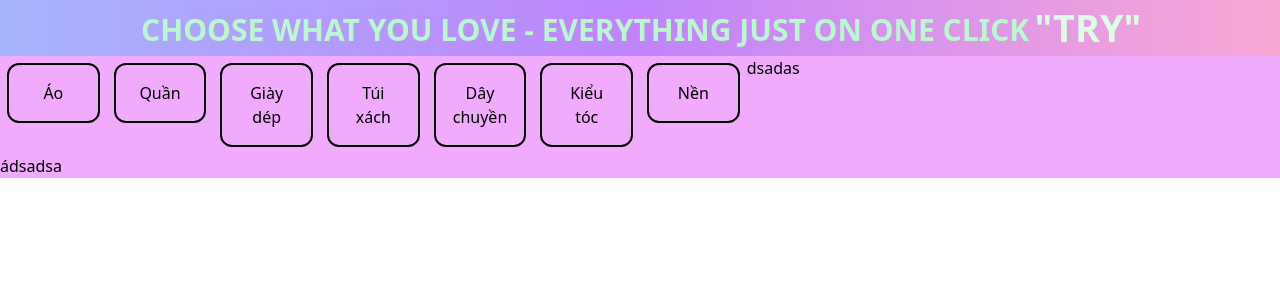
Repository: NguyenVietPhuQuy/ReactJs-TailWind-Redux-FunctionHook-ModelDesign
Page: / (app in modeldesign/)
These files come from the project's save history. The page is drawn as it stood at one moment and after the next save; the edit follows.
The browser window is 1280 px wide. The pictures show the whole page.
The project was rebuilt for these pictures with package versions that can differ from the ones it lists, and the page was loaded fresh each time. Also part of the build but not shown: modeldesign/src/App.css.

Above is the page before, as saved 2022-11-17 13:34:21.

### modeldesign/public/index.html
<!DOCTYPE html>
<html lang="en">
  <head>
    <meta charset="utf-8" />
    <link rel="icon" href="%PUBLIC_URL%/favicon.ico" />
    <meta name="viewport" content="width=device-width, initial-scale=1" />
    <meta name="theme-color" content="#000000" />
    <meta
      name="description"
      content="Web site created using create-react-app"
    />
    <!--bootstrap-->
    <link rel="stylesheet" href="https://cdnjs.cloudflare.com/ajax/libs/bootstrap/5.2.2/js/bootstrap.min.js">
    <link rel="apple-touch-icon" href="%PUBLIC_URL%/logo192.png" />
    <!--
      manifest.json provides metadata used when your web app is installed on a
      user's mobile device or desktop. See https://developers.google.com/web/fundamentals/web-app-manifest/
    -->
    <link rel="manifest" href="%PUBLIC_URL%/manifest.json" />
    <!--
      Notice the use of %PUBLIC_URL% in the tags above.
      It will be replaced with the URL of the `public` folder during the build.
      Only files inside the `public` folder can be referenced from the HTML.

      Unlike "/favicon.ico" or "favicon.ico", "%PUBLIC_URL%/favicon.ico" will
      work correctly both with client-side routing and a non-root public URL.
      Learn how to configure a non-root public URL by running `npm run build`.
    -->
    <title>React App</title>
  </head>
  <body>
    <noscript>You need to enable JavaScript to run this app.</noscript>
    <div id="root"></div>
    <!--
      This HTML file is a template.
      If you open it directly in the browser, you will see an empty page.

      You can add webfonts, meta tags, or analytics to this file.
      The build step will place the bundled scripts into the <body> tag.

      To begin the development, run `npm start` or `yarn start`.
      To create a production bundle, use `npm run build` or `yarn build`.
    -->
  </body>
</html>

### modeldesign/src/index.js
import React from 'react';
import ReactDOM from 'react-dom/client';
import './index.css';
import App from './App';
import reportWebVitals from './reportWebVitals';
import {Provider} from 'react-redux'
import store from './Components/Reducer/Store';
const root = ReactDOM.createRoot(document.getElementById('root'));
root.render(
  <React.StrictMode>
    <Provider store ={store}>
    <App/>
    </Provider>
  </React.StrictMode>
);

// If you want to start measuring performance in your app, pass a function
// to log results (for example: reportWebVitals(console.log))
// or send to an analytics endpoint. Learn more: https://bit.ly/CRA-vitals
reportWebVitals();

### modeldesign/src/App.js
import React from 'react';
import './App.css';
import Home from './Components/Home.js'
function App() {
  return (
    <div>
      <Home/>
    </div>
  );
}

export default App;

### modeldesign/src/Components/Reducer/Store.js
import {createStore} from "redux"
import rootReducer from "./RootReducer"

const store = createStore(rootReducer,window.__REDUX_DEVTOOLS_EXTENSION__ && window.__REDUX_DEVTOOLS_EXTENSION__())
export default store

### modeldesign/src/Components/Home.js
import React from "react";
import Header from './Header.js'
import Category from "./Category.js";
import ProductList from "./ProductList.js";
import Model from "./Model.js";
function Home() {
    return (
        <div className="container mx-auto relative bg-fuchsia-300">
            <section className=
            " bg-gradient-to-r from-indigo-300 via-purple-400 to-pink-300 w-full ring-2 ring-transparent">
                    <Header/>
            </section>
            <section className="main flex flex-row">
                <div className="basis-7/12">
                    <Category/>
                    <ProductList/>
                </div>
                <div className="basis-5/12">
                    <Model />
                </div>
            </section>
        </div>
    )
}
export default Home

### modeldesign/src/Components/Reducer/RootReducer.js
import { combineReducers } from "redux";
import ProductReducer from './ProductReducer'
import CategoryReducer from './CategoryReducer'

const RootReducer = combineReducers({
    products: ProductReducer,
    categories: CategoryReducer,

})

export default RootReducer

### modeldesign/src/Components/Header.js
import React from "react";
import 'animate.css'
function Header(){
    return (
        <div className="text-center text-3xl p-2 font-semibold text-green-200 ">
            CHOOSE WHAT YOU LOVE - EVERYTHING JUST ON ONE CLICK <span className="text-green-100 font-bold text-4xl animate__animated animate__pulse animate__infinite inline-block">"TRY" </span>
        </div>
    )
}
export default Header

### modeldesign/src/Components/Category.js
import React from "react";
import { useSelector } from 'react-redux'


function Category(props) {
    const returnValue = useSelector(state => state.categories.category)
    return (
        <div className=" flex flex-row w-full">
            {returnValue.map((item) => {
                return (
                    <div className="w-1/2" style={{margin:2, padding:5}}>
                        <button className="p-4 w-full rounded-xl hover:bg-sky-50"  style={{ border: "2px solid black"}} >{item.showName}</button>
                    </div>
                )
            })}
        </div>
    )
}

export default Category

### modeldesign/src/Components/ProductList.js
import React from "react";
function ProductList(){
    return(<div>
ádsadsa
    </div>)
}
export default ProductList

### modeldesign/src/Components/Model.js
import React from "react";
function Model(){
    return(<div>
        dsadas
    </div>)
}
export default Model

### modeldesign/src/Components/Reducer/ProductReducer.js

const initialState = {
    product: [{
        id: 'topcloth_1',
        type: "topclothes",
        name: "Top Cloth 1",
        desc: "Lorem ipsum dolor, sit amet consectetur adipisicing elit. Aliquid, nulla.",
        imgSrc_jpg: 'images/clothes/topcloth1_show.jpg',
        imgSrc_png: 'images/clothes/topcloth1.png',
    },
    {
        id: 'topcloth_2',
        type: "topclothes",
        name: "Top Cloth 2",
        desc: "Lorem ipsum dolor, sit amet consectetur adipisicing elit. Aliquid, nulla.",
        imgSrc_jpg: 'images/clothes/topcloth2_show.jpg',
        imgSrc_png: 'images/clothes/topcloth2.png',
    },
    {
        id: 'topcloth_3',
        type: "topclothes",
        name: "Top Cloth 3",
        desc: "Lorem ipsum dolor, sit amet consectetur adipisicing elit. Aliquid, nulla.",
        imgSrc_jpg: 'images/clothes/topcloth3_show.jpg',
        imgSrc_png: 'images/clothes/topcloth3.png',
    },
    {
        id: 'topcloth_4',
        type: "topclothes",
        name: "Top Cloth 4",
        desc: "Lorem ipsum dolor, sit amet consectetur adipisicing elit. Aliquid, nulla.",
        imgSrc_jpg: 'images/clothes/topcloth4_show.jpg',
        imgSrc_png: 'images/clothes/topcloth4.png',
    },
    {
        id: 'topcloth_5',
        type: "topclothes",
        name: "Top Cloth 5",
        desc: "Lorem ipsum dolor, sit amet consectetur adipisicing elit. Aliquid, nulla.",
        imgSrc_jpg: 'images/clothes/topcloth5_show.jpg',
        imgSrc_png: 'images/clothes/topcloth5.png',
    },
    {
        id: 'topcloth_6',
        type: "topclothes",
        name: "Top Cloth ",
        desc: "Lorem ipsum dolor, sit amet consectetur adipisicing elit. Aliquid, nulla.",
        imgSrc_jpg: 'images/clothes/topcloth6_show.jpg',
        imgSrc_png: 'images/clothes/topcloth6.png',
    },

    // Both clothes
    {
        id: 'botcloth_1',
        type: "botclothes",
        name: "Bot Cloth 1",
        desc: "Lorem ipsum dolor, sit amet consectetur adipisicing elit. Aliquid, nulla.",
        imgSrc_jpg: 'images/clothes/botcloth1_show.jpg',
        imgSrc_png: 'images/clothes/botcloth1.png',
    },
    {
        id: 'botcloth_2',
        type: "botclothes",
        name: "Bot Cloth 2",
        desc: "Lorem ipsum dolor, sit amet consectetur adipisicing elit. Aliquid, nulla.",
        imgSrc_jpg: 'images/clothes/botcloth2_show.jpg',
        imgSrc_png: 'images/clothes/botcloth2.png',
    },
    {
        id: 'botcloth_3',
        type: "botclothes",
        name: "Bot Cloth 3",
        desc: "Lorem ipsum dolor, sit amet consectetur adipisicing elit. Aliquid, nulla.",
        imgSrc_jpg: 'images/clothes/botcloth3_show.jpg',
        imgSrc_png: 'images/clothes/botcloth3.png',
    },
    {
        id: 'botcloth_4',
        type: "botclothes",
        name: "Bot Cloth 4",
        desc: "Lorem ipsum dolor, sit amet consectetur adipisicing elit. Aliquid, nulla.",
        imgSrc_jpg: 'images/clothes/botcloth4_show.jpg',
        imgSrc_png: 'images/clothes/botcloth4.png',
    },
    {
        id: 'botcloth_5',
        type: "botclothes",
        name: "Bot Cloth 5",
        desc: "Lorem ipsum dolor, sit amet consectetur adipisicing elit. Aliquid, nulla.",
        imgSrc_jpg: 'images/clothes/botcloth5_show.jpg',
        imgSrc_png: 'images/clothes/botcloth5.png',
    },

    // Shoes
    {
        id: 'shoes_1',
        type: "shoes",
        name: "Shoes 1",
        desc: "Lorem ipsum dolor, sit amet consectetur adipisicing elit. Aliquid, nulla.",
        imgSrc_jpg: 'images/shoes/shoes1_show.jpg',
        imgSrc_png: 'images/shoes/shoes1.png',
    },
    {
        id: 'shoes_2',
        type: "shoes",
        name: "Shoes 2",
        desc: "Lorem ipsum dolor, sit amet consectetur adipisicing elit. Aliquid, nulla.",
        imgSrc_jpg: 'images/shoes/shoes2_show.jpg',
        imgSrc_png: 'images/shoes/shoes2.png',
    },
    {
        id: 'shoes_3',
        type: "shoes",
        name: "Shoes 3",
        desc: "Lorem ipsum dolor, sit amet consectetur adipisicing elit. Aliquid, nulla.",
        imgSrc_jpg: 'images/shoes/shoes3_show.jpg',
        imgSrc_png: 'images/shoes/shoes3.png',
    },
    {
        id: 'shoes_4',
        type: "shoes",
        name: "Shoes 4",
        desc: "Lorem ipsum dolor, sit amet consectetur adipisicing elit. Aliquid, nulla.",
        imgSrc_jpg: 'images/shoes/shoes4_show.jpg',
        imgSrc_png: 'images/shoes/shoes4.png',
    },
    {
        id: 'shoes_5',
        type: "shoes",
        name: "Shoes 5",
        desc: "Lorem ipsum dolor, sit amet consectetur adipisicing elit. Aliquid, nulla.",
        imgSrc_jpg: 'images/shoes/shoes5_show.jpg',
        imgSrc_png: 'images/shoes/shoes5.png',
    },

    // Handbags
    {
        id: 'handbag_1',
        type: "handbags",
        name: "Handbag 1",
        desc: "Lorem ipsum dolor, sit amet consectetur adipisicing elit. Aliquid, nulla.",
        imgSrc_jpg: 'images/handbags/handbag1_show.jpg',
        imgSrc_png: 'images/handbags/handbag1.png',
    },
    {
        id: 'handbag_2',
        type: "handbags",
        name: "Handbag 2",
        desc: "Lorem ipsum dolor, sit amet consectetur adipisicing elit. Aliquid, nulla.",
        imgSrc_jpg: 'images/handbags/handbag2_show.jpg',
        imgSrc_png: 'images/handbags/handbag2.png',
    },
    {
        id: 'handbag_3',
        type: "handbags",
        name: "Handbag 3",
        desc: "Lorem ipsum dolor, sit amet consectetur adipisicing elit. Aliquid, nulla.",
        imgSrc_jpg: 'images/handbags/handbag3_show.jpg',
        imgSrc_png: 'images/handbags/handbag3.png',
    },

    // Necklaces
    {
        id: 'necklace_1',
        type: "necklaces",
        name: "Necklace 1",
        desc: "Lorem ipsum dolor, sit amet consectetur adipisicing elit. Aliquid, nulla.",
        imgSrc_jpg: 'images/necklaces/necklace1_show.jpg',
        imgSrc_png: 'images/necklaces/necklace1.png',
    },
    {
        id: 'necklace_2',
        type: "necklaces",
        name: "Necklace 2",
        desc: "Lorem ipsum dolor, sit amet consectetur adipisicing elit. Aliquid, nulla.",
        imgSrc_jpg: 'images/necklaces/necklace2_show.jpg',
        imgSrc_png: 'images/necklaces/necklace2.png',
    },
    {
        id: 'necklace_3',
        type: "necklaces",
        name: "Necklace 3",
        desc: "Lorem ipsum dolor, sit amet consectetur adipisicing elit. Aliquid, nulla.",
        imgSrc_jpg: 'images/necklaces/necklace3_show.jpg',
        imgSrc_png: 'images/necklaces/necklace3.png',
    },

    // Hairstyle
    {
        id: 'hairstyle_1',
        type: "hairstyle",
        name: "Hairstyle 1",
        desc: "Lorem ipsum dolor, sit amet consectetur adipisicing elit. Aliquid, nulla.",
        imgSrc_jpg: 'images/hairstyle/hairstyle1_show.jpg',
        imgSrc_png: 'images/hairstyle/hairstyle1.png',
    },
    {
        id: 'hairstyle_2',
        type: "hairstyle",
        name: "Hairstyle 2",
        desc: "Lorem ipsum dolor, sit amet consectetur adipisicing elit. Aliquid, nulla.",
        imgSrc_jpg: 'images/hairstyle/hairstyle2_show.jpg',
        imgSrc_png: 'images/hairstyle/hairstyle2.png',
    },
    {
        id: 'hairstyle_3',
        type: "hairstyle",
        name: "Hairstyle 3",
        desc: "Lorem ipsum dolor, sit amet consectetur adipisicing elit. Aliquid, nulla.",
        imgSrc_jpg: 'images/hairstyle/hairstyle3_show.jpg',
        imgSrc_png: 'images/hairstyle/hairstyle3.png',
    },

    // Background
    {
        id: 'background_1',
        type: "background",
        name: "Background 1",
        desc: "Lorem ipsum dolor, sit amet consectetur adipisicing elit. Aliquid, nulla.",
        imgSrc_jpg: 'images/background/background1_show.jpg',
        imgSrc_png: 'images/background/background1.jpg',
    },
    {
        id: 'background_2',
        type: "background",
        name: "Background 2",
        desc: "Lorem ipsum dolor, sit amet consectetur adipisicing elit. Aliquid, nulla.",
        imgSrc_jpg: 'images/background/background2_show.jpg',
        imgSrc_png: 'images/background/background2.jpg',
    },
    {
        id: 'background_3',
        type: "background",
        name: "Background 3",
        desc: "Lorem ipsum dolor, sit amet consectetur adipisicing elit. Aliquid, nulla.",
        imgSrc_jpg: 'images/background/background3_show.jpg',
        imgSrc_png: 'images/background/background3.jpg',
    },
    {
        id: 'background_4',
        type: "background",
        name: "Background 4",
        desc: "Lorem ipsum dolor, sit amet consectetur adipisicing elit. Aliquid, nulla.",
        imgSrc_jpg: 'images/background/background4_show.jpg',
        imgSrc_png: 'images/background/background4.jpg',
    },
    {
        id: 'background_5',
        type: "background",
        name: "Background 5",
        desc: "Lorem ipsum dolor, sit amet consectetur adipisicing elit. Aliquid, nulla.",
        imgSrc_jpg: 'images/background/background5_show.jpg',
        imgSrc_png: 'images/background/background5.jpg',
    },
    {
        id: 'background_6',
        type: "background",
        name: "Background 6",
        desc: "Lorem ipsum dolor, sit amet consectetur adipisicing elit. Aliquid, nulla.",
        imgSrc_jpg: 'images/background/background6_show.jpg',
        imgSrc_png: 'images/background/background6.jpg',
    },
    {
        id: 'background_7',
        type: "background",
        name: "Background 7",
        desc: "Lorem ipsum dolor, sit amet consectetur adipisicing elit. Aliquid, nulla.",
        imgSrc_jpg: 'images/background/background7_show.jpg',
        imgSrc_png: 'images/background/background7.jpg',
    },
    ],
}
const ProductReducer = (state = initialState) => {
    return state
}

export default ProductReducer

### modeldesign/src/Components/Reducer/CategoryReducer.js
const initialState ={
    category: [
        { tabName: 'tabTopClothes', showName: 'Áo', type: 'topclothes' },
        { tabName: 'tabBotClothes', showName: 'Quần', type: 'botclothes' },
        { tabName: 'tabShoes', showName: 'Giày dép', type: 'shoes' },
        { tabName: 'tabHandBags', showName: 'Túi xách', type: 'handbags' },
        { tabName: 'tabNecklaces', showName: 'Dây chuyền', type: 'necklaces' },
        { tabName: 'tabHairStyle', showName: 'Kiểu tóc', type: 'hairstyle' },
        { tabName: 'tabBackground', showName: 'Nền', type: 'background' }
    ]
}
const CategoryReducer = (state=initialState) =>{
    return state
}
export default CategoryReducer

Loaded but not shown: modeldesign/src/index.css (common file); modeldesign/src/reportWebVitals.js (common file); modeldesign/tailwind.config.js (common file)

After the next save:
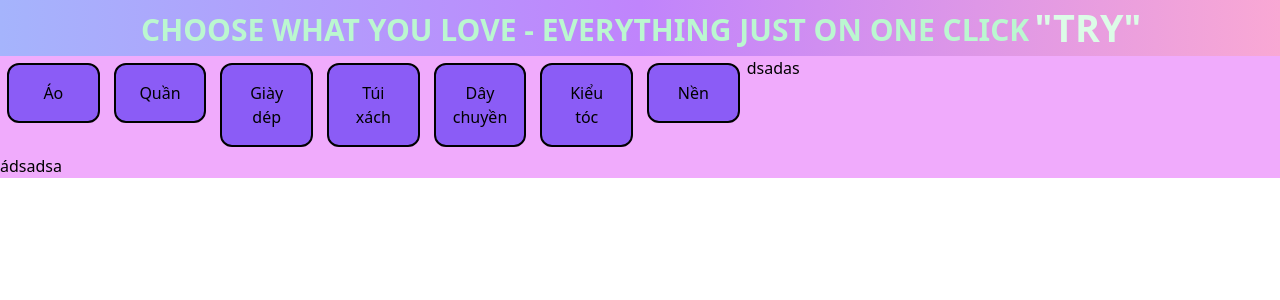
Saved 48 s later.
--- a/modeldesign/src/Components/Category.js
+++ b/modeldesign/src/Components/Category.js
@@ -9,7 +9,7 @@ function Category(props) {
             {returnValue.map((item) => {
                 return (
                     <div className="w-1/2" style={{margin:2, padding:5}}>
-                        <button className="p-4 w-full rounded-xl hover:bg-sky-50"  style={{ border: "2px solid black"}} >{item.showName}</button>
+                        <button className="p-4 w-full rounded-xl bg-violet-500 hover:bg-violet-600 active:bg-violet-700 focus:outline-none"  style={{ border: "2px solid black"}} >{item.showName}</button>
                     </div>
                 )
             })}
